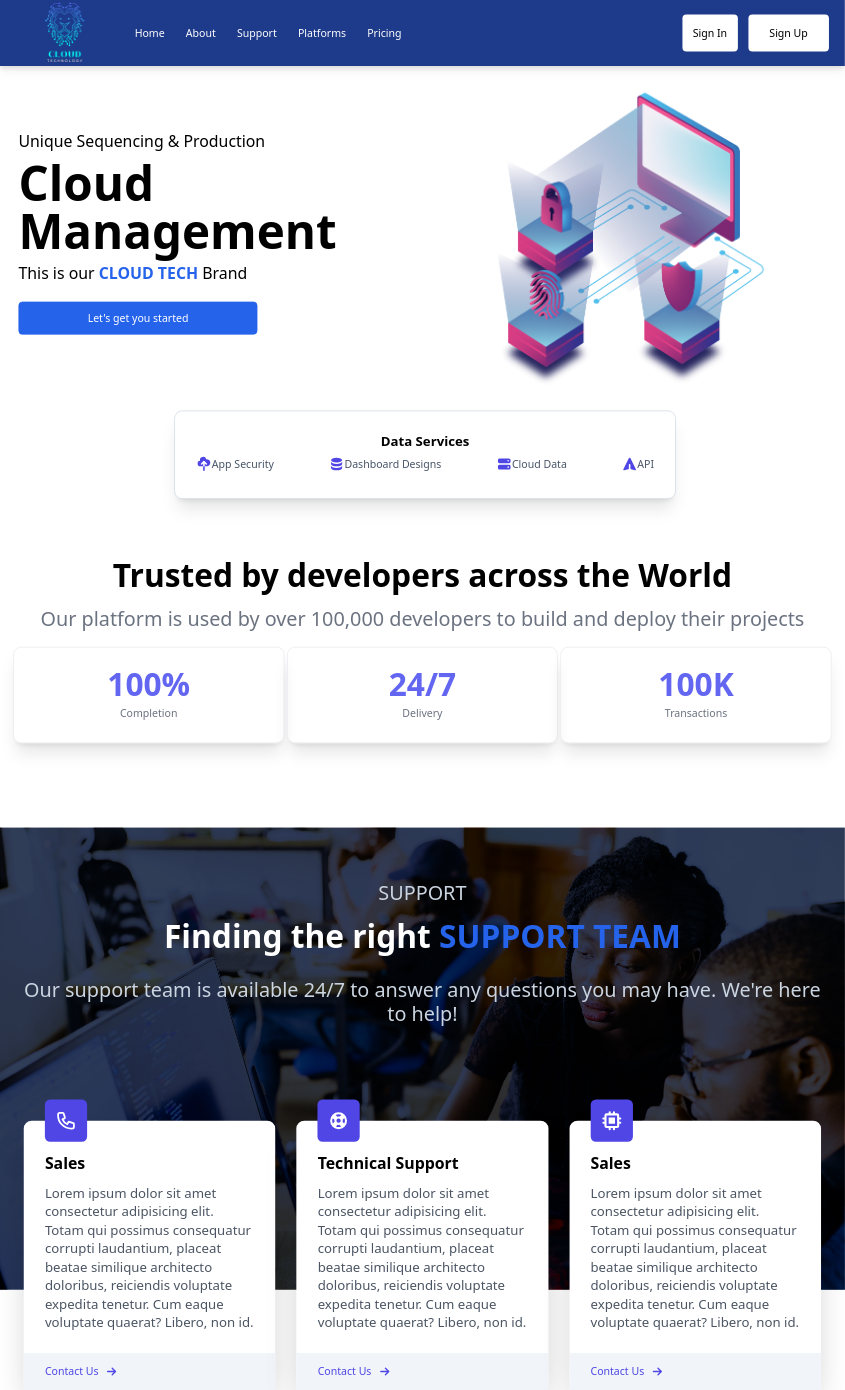
Repository: Esther-Kamau/cloud-management
Page: /
These files come from the project's save history. The page is drawn as it stood at one moment and after a run of saves; the edit follows.
The browser window is 1280 px wide. The pictures show the whole page, at 66% of full size.
The project was rebuilt for these pictures with package versions that can differ from the ones it lists, and the page was loaded fresh each time. A package was used in the major version that the imports need, not the one package.json lists.

Above is the page before, as saved 2023-03-16 20:12:34.

### public/index.html
<!DOCTYPE html>
<html lang="en">
  <head>
    <meta charset="utf-8" />
    <link rel="icon" href="%PUBLIC_URL%/Logo.png" />
    <meta name="viewport" content="width=device-width, initial-scale=1" />
    <meta name="theme-color" content="#000000" />
    <meta
      name="description"
      content="Web site created using create-react-app"
    />
    <link rel="apple-touch-icon" href="%PUBLIC_URL%/Logo.png" />
    <!--
      manifest.json provides metadata used when your web app is installed on a
      user's mobile device or desktop. See https://developers.google.com/web/fundamentals/web-app-manifest/
    -->
    <link rel="manifest" href="%PUBLIC_URL%/manifest.json" />
    <!--
      Notice the use of %PUBLIC_URL% in the tags above.
      It will be replaced with the URL of the `public` folder during the build.
      Only files inside the `public` folder can be referenced from the HTML.

      Unlike "/favicon.ico" or "favicon.ico", "%PUBLIC_URL%/favicon.ico" will
      work correctly both with client-side routing and a non-root public URL.
      Learn how to configure a non-root public URL by running `npm run build`.
    -->
    <title>Cloud Technology</title>
  </head>
  <body>
    <noscript>You need to enable JavaScript to run this app.</noscript>
    <div id="root"></div>
    <!--
      This HTML file is a template.
      If you open it directly in the browser, you will see an empty page.

      You can add webfonts, meta tags, or analytics to this file.
      The build step will place the bundled scripts into the <body> tag.

      To begin the development, run `npm start` or `yarn start`.
      To create a production bundle, use `npm run build` or `yarn build`.
    -->
  </body>
</html>

### src/index.css
@tailwind base;
@tailwind components;
@tailwind utilities;

@layer base{
    li{
      @apply p-4 text-white hover:text-slate-300
    }
    button {
        @apply p-4 text-white border bg-blue-600 border-blue-600
        hover:bg-transparent hover:text-black rounded-md
      }
}

### src/App.jsx
import Navbar from "./components/Navbar"
import Hero from "./components/Hero"
import About from "./components/About"
import Support from "./components/Support"

function App() {
  return (

    <>
  <Navbar/>
  <Hero/>
  <About/>
  <Support/>
    </>
  );
}

export default App;

### src/components/Navbar.jsx
import React, { useState } from "react";
import { MenuIcon, XIcon } from "@heroicons/react/outline";
import Logo from "../assets/Logo.png";

const Navbar = () => {
  const [nav, setNav] = useState(false);
  const handleClick = () => setNav(!nav);

  return (
    <div className="w-screen h-[100px] z-10 bg-blue-900 fixed drop-shadow-lg">
      <div className="px-2 flex justify-between items-center w-full h-full">
        <div className="flex items-center">
          <img className="h-[180px] w-[180px]" src={Logo} alt="Logoimg" />
          <ul className="hidden md:flex">
            <li>Home</li>
            <li>About</li>
            <li>Support</li>
            <li>Platforms</li>
            <li>Pricing</li>
          </ul>
        </div>
        <div className="hidden md:flex pr-4">
          <button className="border-none bg-white text-black mr-4 hover:text-white hover:bg-blue-300">
            Sign In
          </button>
          <button className="border-none bg-white text-black px-8 py-3 hover:text-white hover:bg-blue-300">
            Sign Up
          </button>
        </div>
        {/* toggle state */}
        <div className="md:hidden" onClick={handleClick}>
          {/* if the opposite of nav is true display this else xicon */}
          {!nav ? (
            <MenuIcon className="w-8 stroke-white" />
          ) : (
            <XIcon className="w-8 stroke-white" />
          )}
        </div>
      </div>
      {/* if nav is not true hide the menu if tru display the menu */}
      <ul className={!nav ? "hidden" : "absolute bg-blue-900 w-full px-8"}>
        <li className="border-b-2 border-blue-200 w-full">Home</li>
        <li className="border-b-2 border-blue-200 w-full">About</li>
        <li className="border-b-2 border-blue-200 w-full">Support</li>
        <li className="border-b-2 border-blue-200 w-full">Platforms</li>
        <li className="border-b-2 border-blue-200 w-full">Pricing</li>
        <div className="flex flex-col my-4">
          <button className=" bg-transparent text-white mb-4 hover:bg-white hover:text-black">Sign In</button>

          <button className="px-8 py-3">Sign Up</button>
        </div>
      </ul>
    </div>
  );
};

export default Navbar;

### src/components/Hero.jsx
import React from "react";
import {
  CloudUploadIcon,
  DatabaseIcon,
  PaperAirplaneIcon,
  ServerIcon,
} from "@heroicons/react/solid";

import bgImg from "../assets/cyber-bg.png";

const Hero = () => {
  return (
    <div className="w-full h-screen flex flex-col justify-between">
      <div className="grid md:grid-cols-2 max-w-[1240px] m-auto">
        <div className="flex flex-col justify-center md:items-start w-full px-2 py-3">
          <p className="text-2xl">Unique Sequencing & Production</p>
          <h1 className="py-3 text-5xl font-bold md:text-7xl">
            Cloud Management
          </h1>
          <p className="text-2xl mb-3">
            This is our{" "}
            <span className="text-blue-600 font-bold">CLOUD TECH</span> Brand
          </p>
          <button className="py-3 px-6 sm:w-[60%] my-4">
            Let's get you started
          </button>
        </div>
        <div>
          <img src={bgImg} alt="bg" className="w-full" />
        </div>
        {/* check on this later: absolute position */}
        <div
         className='absolute flex flex-col py-8 md:min-w-[760px] bottom-[-5%]
         mx-1 md:left-1/2 transform md:-translate-x-1/2 bg-white
         border border-slate-300 rounded-xl text-center shadow-xl'
        >
          <p className="text-xl font-semibold text-center">Data Services</p>
          <div className="flex flex-wrap justify-between px-4">
            <p className="flex px-4 py-2 text-slate-600"><CloudUploadIcon  className="h-6 text-indigo-600" /> App Security</p>
            <p className="flex px-4 py-2 text-slate-600"><DatabaseIcon className="h-6 text-indigo-600" /> Dashboard Designs</p>
            <p className="flex px-4 py-2 text-slate-600"><ServerIcon className="h-6 text-indigo-600"/> Cloud Data</p>
            <p className="flex px-4 py-2 text-slate-600"><PaperAirplaneIcon className="h-6 text-indigo-600"/> API</p>
          </div>
        </div>
      </div>
    </div>
  );
};

export default Hero;

### src/components/About.jsx
import React from "react";

const About = () => {
  return (
    <div className="w-full my-32">
      <div className="max-w-[1240px] mx-auto">
        <div className="text-center">
          <h2 className="text-5xl font-bold">
            Trusted by developers across the World
          </h2>
          <p className="text-3xl py-6 text-gray-500 font-medium">
            Our platform is used by over 100,000 developers to build and deploy
            their projects
          </p>
        </div>
<div className="grid md:grid-cols-3 gap-1 text-center">

        <div  className="border py-8 rounded-xl shadow-xl ">
          <p className="text-5xl text-indigo-500 font-bold">100%</p>
          <p className="text-gray-500 mt-2">Completion</p>
        </div>
        <div className="border py-8 rounded-xl shadow-xl ">
          <p className="text-5xl text-indigo-500 font-bold">24/7</p>
          <p className="text-gray-500 mt-2">Delivery</p>
        </div>
        <div className="border py-8 rounded-xl shadow-xl ">
          <p className="text-5xl text-indigo-500 font-bold">100K</p>
          <p className="text-gray-500 mt-2">Transactions</p>
        </div>
</div>
      </div>
    </div>
  );
};

export default About;

### src/components/Support.jsx
import React from "react";
import { PhoneIcon, ArrowSmRightIcon } from "@heroicons/react/outline";
import { ChipIcon, SupportIcon } from "@heroicons/react/solid";

import supportImg from "../assets/support.jpg";

const Support = () => {
  return (
    <div className="w-full h-screen mt-24">
      <div className="w-full h-[700px] bg-gray-900/90 absolute">
        <img
          src={supportImg}
          alt="/"
          className="w-full h-full object-cover mix-blend-overlay"
        />
      </div>
      <div className="max-w-[1240px] mx-auto text-white relative">
        <div className="px-4 py-12">
          <h2 className="pt-8 text-3xl uppercase text-center text-slate-300">Support</h2>
          <p className=" text-center text-5xl font-bold py-6 ">
            Finding the right
             <span className="text-blue-600"> SUPPORT TEAM</span>
          </p>
          <p className="text-3xl text-slate-300 py-4 text-center">
            Our support team is available 24/7 to answer any questions you may
            have. We're here to help!
          </p>
        </div>
        <div className="grid grid-cols-1 lg:grid-cols-3 relative gap-y-16 gap-x-8 px-4 pt-12 sm:pt-20 text-black">
          <div className="bg-white rounded-xl shadow-2xl hover:drop-shadow-lg">
            <div className="p-8">
              <PhoneIcon className="p-4 w-16 text-white bg-indigo-600 mt-[-4rem] rounded-lg"/>
              <h3 className="text-2xl my-4 font-bold">Sales</h3>
              <p className="text-gray-600 text-xl">
                Lorem ipsum dolor sit amet consectetur adipisicing elit. Totam
                qui possimus consequatur corrupti laudantium, placeat beatae
                similique architecto doloribus, reiciendis voluptate expedita
                tenetur. Cum eaque voluptate quaerat? Libero, non id.
              </p>
            </div>
            <div className="bg-slate-100 pl-8 py-4 ">
              <p className="flex items-center text-indigo-600">
                Contact Us <ArrowSmRightIcon className="ml-2 w-6" />
              </p>
            </div>
          </div>
          <div className="bg-white rounded-xl shadow-2xl hover:drop-shadow-lg">
            <div className="p-8">
              <SupportIcon className="p-4 w-16 text-white bg-indigo-600 mt-[-4rem] rounded-lg"/>
              <h3 className="text-2xl my-4 font-bold">Technical Support</h3>
              <p className="text-gray-600 text-xl">
                Lorem ipsum dolor sit amet consectetur adipisicing elit. Totam
                qui possimus consequatur corrupti laudantium, placeat beatae
                similique architecto doloribus, reiciendis voluptate expedita
                tenetur. Cum eaque voluptate quaerat? Libero, non id.
              </p>
            </div>
            <div className="bg-slate-100 pl-8 py-4 ">
              <p className="flex items-center text-indigo-600">
                Contact Us <ArrowSmRightIcon className="ml-2 w-6" />
              </p>
            </div>
          </div>
          <div className="bg-white rounded-xl shadow-2xl hover:drop-shadow-lg">
            <div className="p-8">
              <ChipIcon className="p-4 w-16 text-white bg-indigo-600 mt-[-4rem] rounded-lg"/>
              <h3 className="text-2xl my-4 font-bold">Sales</h3>
              <p className="text-gray-600 text-xl">
                Lorem ipsum dolor sit amet consectetur adipisicing elit. Totam
                qui possimus consequatur corrupti laudantium, placeat beatae
                similique architecto doloribus, reiciendis voluptate expedita
                tenetur. Cum eaque voluptate quaerat? Libero, non id.
              </p>
            </div>
            <div className="bg-slate-100 pl-8 py-4 ">
              <p className="flex items-center text-indigo-600">
                Contact Us <ArrowSmRightIcon className="ml-2 w-6" />
              </p>
            </div>
          </div>
        </div>
      </div>
    </div>
  );
};

export default Support;

### tailwind.config.js
/** @type {import('tailwindcss').Config} */
module.exports = {
  content: ['./src/**/*.{js,jsx,ts,tsx}'],
  theme: {
    screens: {
      sm: '640px',
      // => @media (min-width: 640px) { ... }

      md: '768px',
      // => @media (min-width: 768px) { ... }

      lg: '1024px',
      // => @media (min-width: 1024px) { ... }

      xl: '1280px',
      // => @media (min-width: 1280px) { ... }

      '2xl': '1536px',
      // => @media (min-width: 1536px) { ... }
    },
  },
  plugins: [],
};

Loaded but not shown: src/index.js (common file)

After the next 2 saves:
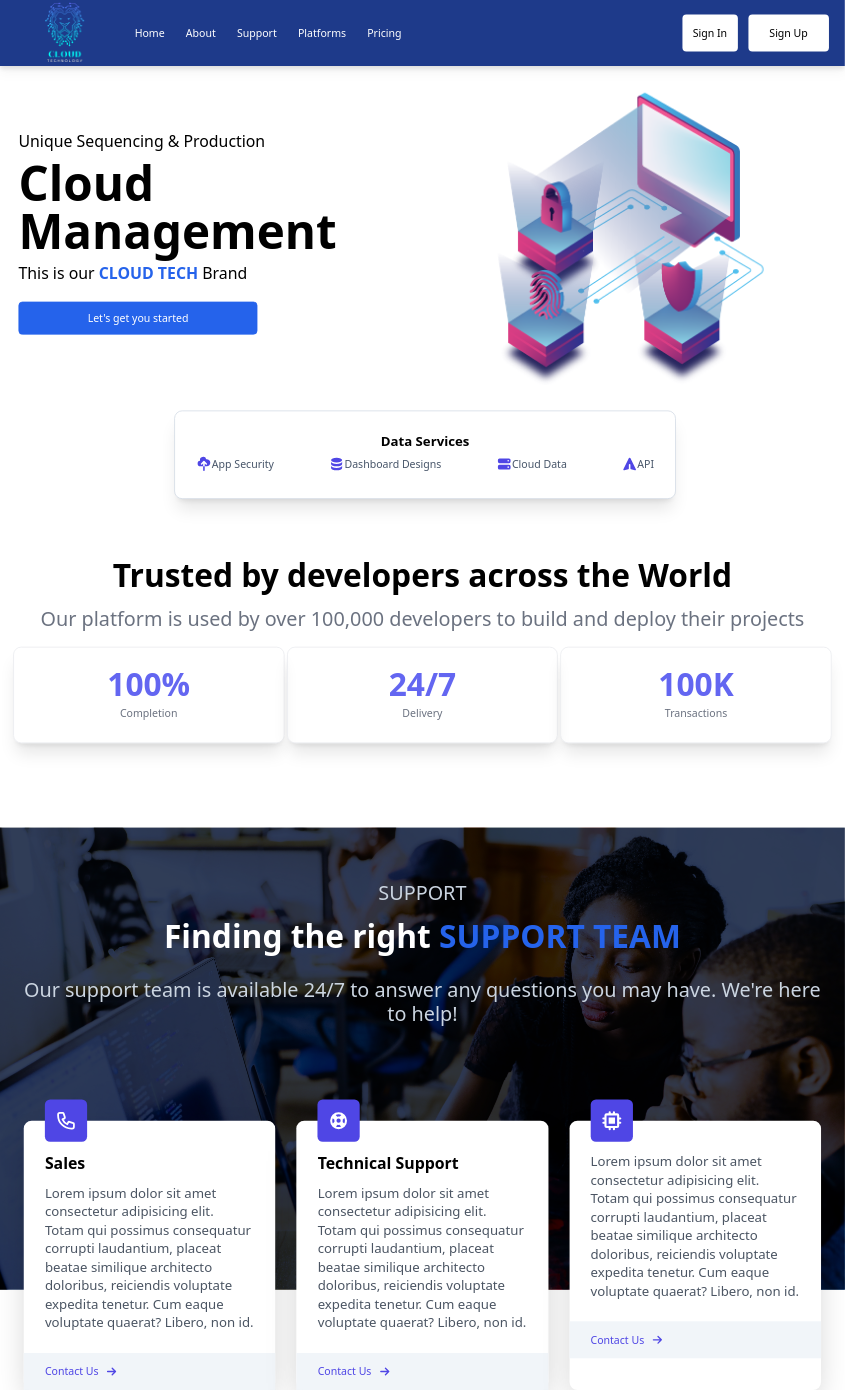
The 2 saves are shown as one change because they came seconds apart.
The last was saved 17 s later.
--- a/src/components/Support.jsx
+++ b/src/components/Support.jsx
@@ -64,7 +64,7 @@
           <div className="bg-white rounded-xl shadow-2xl hover:drop-shadow-lg">
             <div className="p-8">
               <ChipIcon className="p-4 w-16 text-white bg-indigo-600 mt-[-4rem] rounded-lg"/>
-              <h3 className="text-2xl my-4 font-bold">Sales</h3>
+              <h3 className="text-2xl my-4 font-bold"></h3>
               <p className="text-gray-600 text-xl">
                 Lorem ipsum dolor sit amet consectetur adipisicing elit. Totam
                 qui possimus consequatur corrupti laudantium, placeat beatae

After the save that followed:
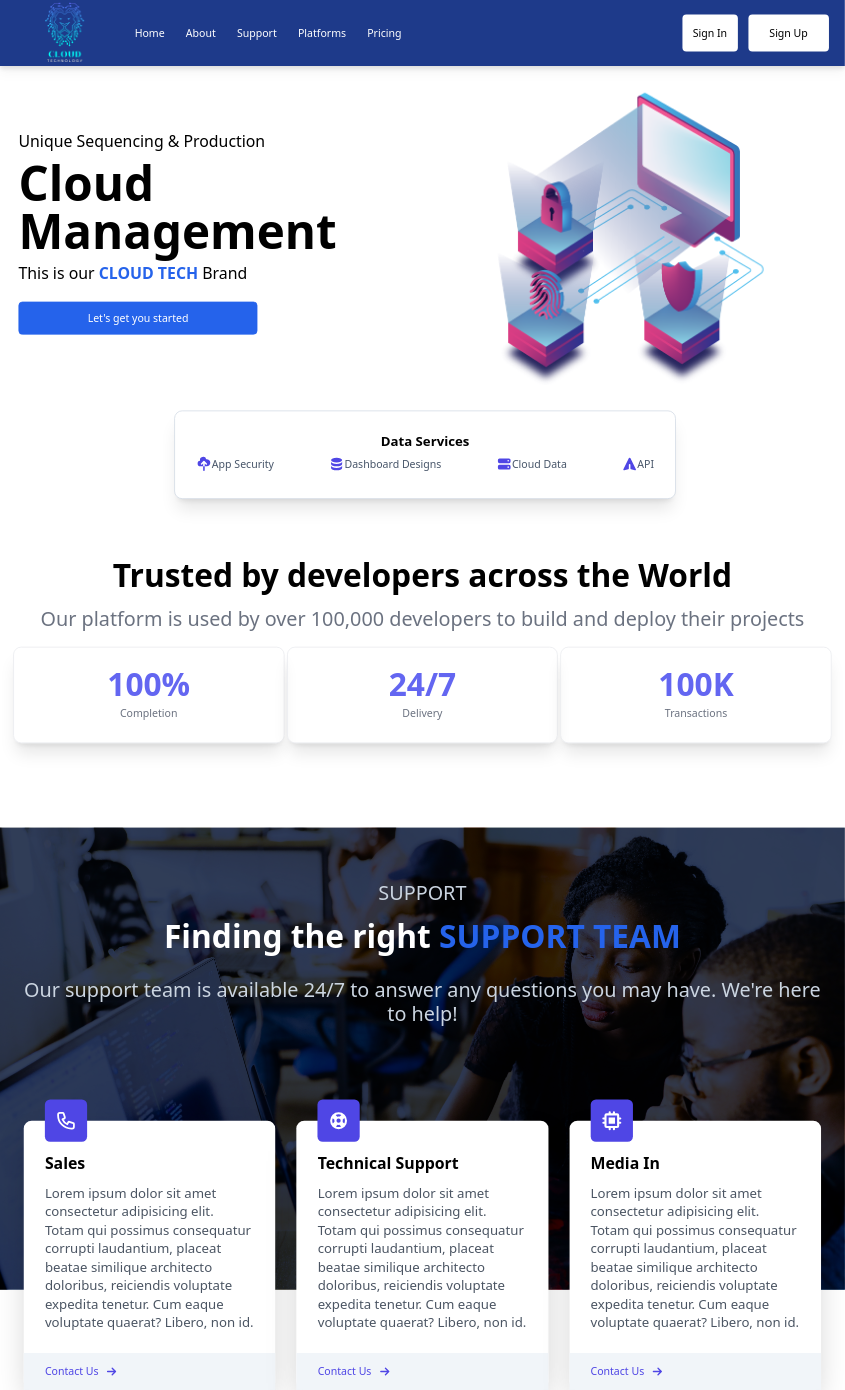
Saved 4 s later.
--- a/src/components/Support.jsx
+++ b/src/components/Support.jsx
@@ -64,7 +64,7 @@
           <div className="bg-white rounded-xl shadow-2xl hover:drop-shadow-lg">
             <div className="p-8">
               <ChipIcon className="p-4 w-16 text-white bg-indigo-600 mt-[-4rem] rounded-lg"/>
-              <h3 className="text-2xl my-4 font-bold"></h3>
+              <h3 className="text-2xl my-4 font-bold">Media In</h3>
               <p className="text-gray-600 text-xl">
                 Lorem ipsum dolor sit amet consectetur adipisicing elit. Totam
                 qui possimus consequatur corrupti laudantium, placeat beatae
